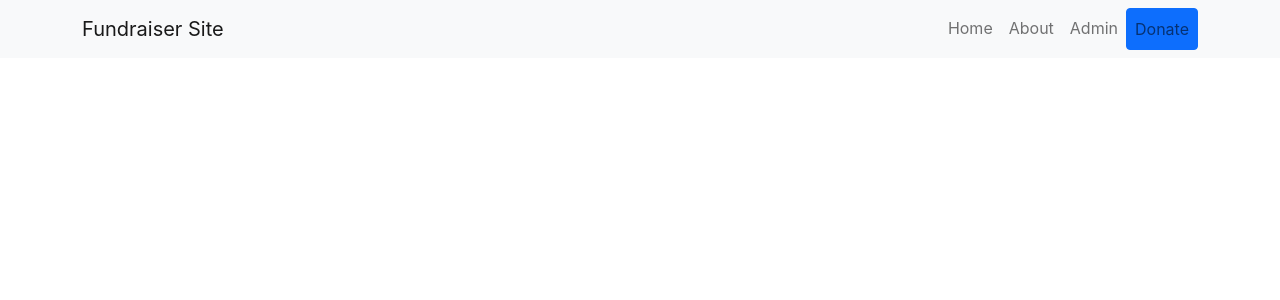
Repository: DragonFruit8/Fundraiser-Page
Page: /
The author's editor kept a copy of each file at every save. The page is drawn from the files as they stood at one save, then again after the next save.
The browser window is 1280 px wide. The pictures show the whole page.
The project was rebuilt for these pictures with package versions that can differ from the ones it lists, and the page was loaded fresh each time. Also part of the build but not shown: src/pages/Home.js, src/pages/About.js, src/pages/Donate.js, src/pages/Admin.js.

Above is the page before, as saved 2024-07-19 12:31:13.

### public/index.html
<!DOCTYPE html>
<html lang="en">
  <head>
    <meta charset="utf-8" />
    <link rel="icon" href="%PUBLIC_URL%/favicon.ico" />
    <meta name="viewport" content="width=device-width, initial-scale=1" />
    <meta name="theme-color" content="#000000" />
    <meta
      name="description"
      content="Web site created using create-react-app"
    />
    <link rel="apple-touch-icon" href="%PUBLIC_URL%/logo192.png" />
    <link
      href="https://cdn.jsdelivr.net/npm/bootstrap@5.0.2/dist/css/bootstrap.min.css"
      rel="stylesheet"
      integrity="sha384-EVSTQN3/azprG1Anm3QDgpJLIm9Nao0Yz1ztcQTwFspd3yD65VohhpuuCOmLASjC"
      crossorigin="anonymous"
    />
    <!--
      manifest.json provides metadata used when your web app is installed on a
      user's mobile device or desktop. See https://developers.google.com/web/fundamentals/web-app-manifest/
    -->
    <link rel="manifest" href="%PUBLIC_URL%/manifest.json" />
    <!--
      Notice the use of %PUBLIC_URL% in the tags above.
      It will be replaced with the URL of the `public` folder during the build.
      Only files inside the `public` folder can be referenced from the HTML.

      Unlike "/favicon.ico" or "favicon.ico", "%PUBLIC_URL%/favicon.ico" will
      work correctly both with client-side routing and a non-root public URL.
      Learn how to configure a non-root public URL by running `npm run build`.
    -->
    <title>React App</title>
  </head>
  <body>
    <noscript>You need to enable JavaScript to run this app.</noscript>
    <div id="root"></div>
    <!--
      This HTML file is a template.
      If you open it directly in the browser, you will see an empty page.

      You can add webfonts, meta tags, or analytics to this file.
      The build step will place the bundled scripts into the <body> tag.

      To begin the development, run `npm start` or `yarn start`.
      To create a production bundle, use `npm run build` or `yarn build`.
    -->
    <script
      src="https://cdn.jsdelivr.net/npm/bootstrap@5.0.2/dist/js/bootstrap.bundle.min.js"
      integrity="sha384-MrcW6ZMFYlzcLA8Nl+NtUVF0sA7MsXsP1UyJoMp4YLEuNSfAP+JcXn/tWtIaxVXM"
      crossorigin="anonymous"
    ></script>
    <script
      src="https://cdn.jsdelivr.net/npm/@popperjs/core@2.9.2/dist/umd/popper.min.js"
      integrity="sha384-IQsoLXl5PILFhosVNubq5LC7Qb9DXgDA9i+tQ8Zj3iwWAwPtgFTxbJ8NT4GN1R8p"
      crossorigin="anonymous"
    ></script>
    <script
      src="https://cdn.jsdelivr.net/npm/bootstrap@5.0.2/dist/js/bootstrap.min.js"
      integrity="sha384-cVKIPhGWiC2Al4u+LWgxfKTRIcfu0JTxR+EQDz/bgldoEyl4H0zUF0QKbrJ0EcQF"
      crossorigin="anonymous"
    ></script>
  </body>
</html>

### src/App.js
import React from 'react';
import { BrowserRouter as Router, Route, Routes, Link } from 'react-router-dom';
import Home from './pages/Home';
import About from './pages/About';
import Donate from './pages/Donate';
import Admin from './pages/Admin';
import Navbar from './components/Navbar';

const App = () => {
  return (
    <Router>
      <Navbar />
      <Routes>
        <Route exact path="/" component={Home} />
        <Route path="/about" component={About} />
        <Route path="/donate" component={Donate} />
        <Route path="/admin" component={Admin} />
      </Routes>
    </Router>
  );
};

export default App;

### src/components/Navbar.js
import React from 'react';
import { Link } from 'react-router-dom';

const Navbar = () => {
    return (
        <nav className="navbar navbar-expand-lg navbar-light bg-light">
            <div className="container">
                <Link className="navbar-brand" to="/">Fundraiser Site</Link>
                <button className="navbar-toggler" type="button" data-bs-toggle="collapse" data-bs-target="#navbarNav" aria-controls="navbarNav" aria-expanded="false" aria-label="Toggle navigation">
                    <span className="navbar-toggler-icon"></span>
                </button>
                <div className="collapse navbar-collapse" id="navbarNav">
                    <ul className="navbar-nav ms-auto">
                        <li className="nav-item">
                            <Link className="nav-link" to="/">Home</Link>
                        </li>
                        <li className="nav-item">
                            <Link className="nav-link" to="/about">About</Link>
                        </li>
                        <li className="nav-item">
                            <Link className="nav-link" to="/admin">Admin</Link>
                        </li>
                        <li className="nav-item">
                            <Link className="nav-link btn btn-primary" to="/donate">Donate</Link>
                        </li>
                    </ul>
                </div>
            </div>
        </nav>
    );
}

export default Navbar;

Loaded but not shown: src/index.js (common file); src/index.css (common file); src/reportWebVitals.js (common file)

After the next save:
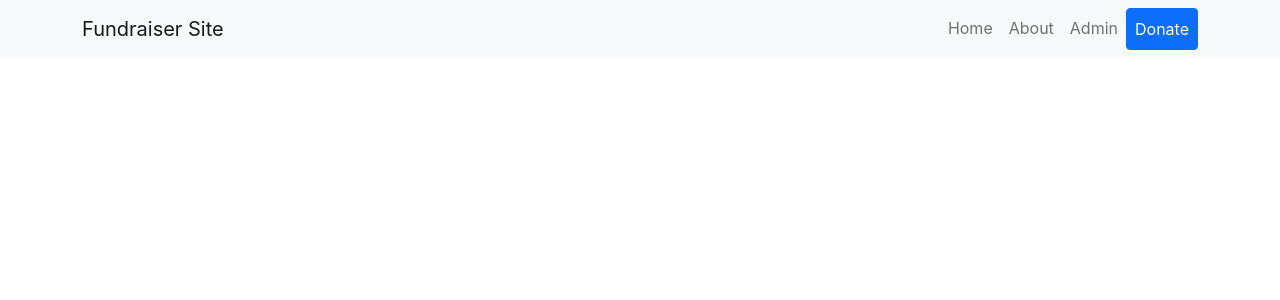
Saved 6 s later.
--- a/src/components/Navbar.js
+++ b/src/components/Navbar.js
@@ -21,7 +21,7 @@ const Navbar = () => {
                             <Link className="nav-link" to="/admin">Admin</Link>
                         </li>
                         <li className="nav-item">
-                            <Link className="nav-link btn btn-primary" to="/donate">Donate</Link>
+                            <Link className="nav-link btn btn-primary text-white" to="/donate">Donate</Link>
                         </li>
                     </ul>
                 </div>
